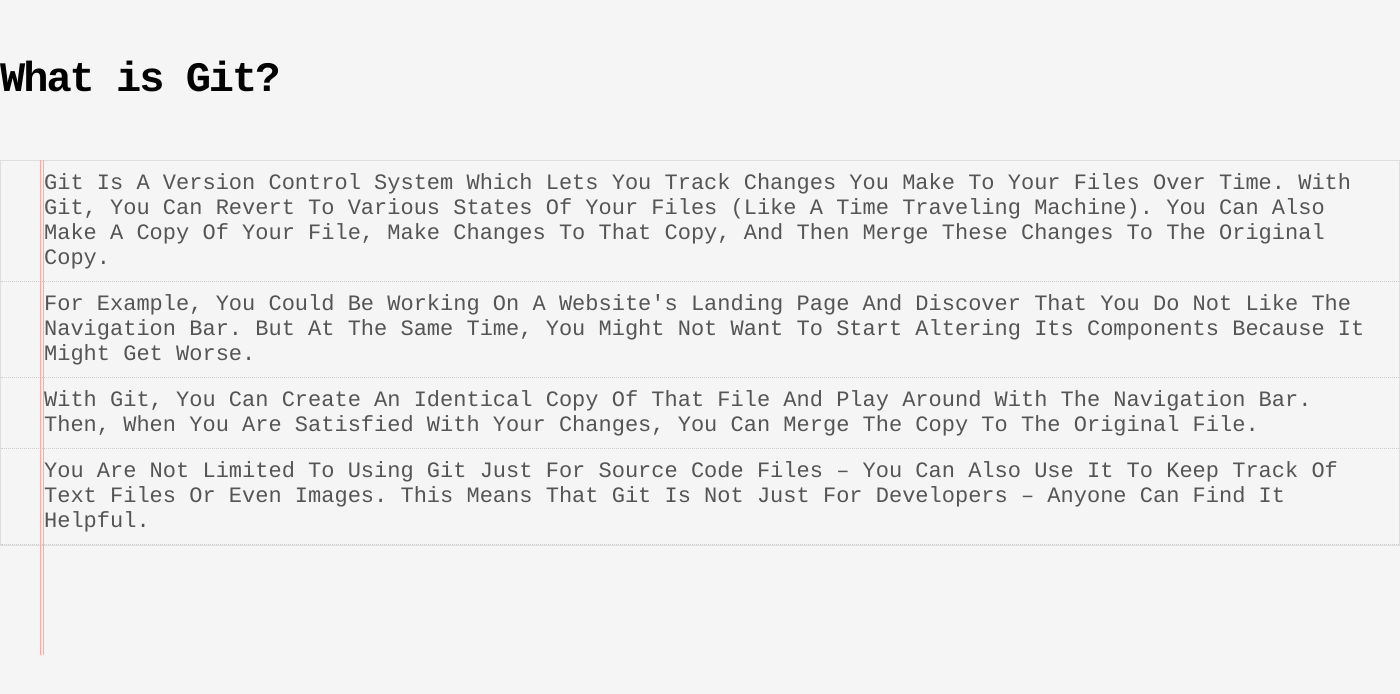
Repository: dev-singh-kanyal/Archive-git_github
Page: src/what is git.html
The author's editor kept a copy of each file at every save. The page is drawn from the files as they stood at one save, then again after a run of saves.
The browser window is 1280 px wide. The page is 1400 px wide, so the pictures cover 1400 px, including what lies to the right of the window. The pictures show the whole page.
Some web fonts or font styles are not loaded; a fallback is used.

Above is the page before, as saved 2022-06-24 16:38:07.

### src/what is git.html
<!DOCTYPE HTML>
<html>

<head>
   <meta charset="UTF-8">
   <title>What is Git</title>
   <link rel="stylesheet" href="/src/style.css">
   <link href="https://fonts.googleapis.com/css2?family=Reenie+Beanie&display=swap" rel="stylesheet">
</head>

<body>

    <h4>What is Git?</h4>

    <div class="lines"></div>

    <ul class="list">
      <li>Git is a version control system which lets you track changes you make to your files over time. With Git, you can revert to various states of your files (like a time traveling machine). You can also make a copy of your file, make changes to that copy, and then merge these changes to the original copy.</li>
      <li>For example, you could be working on a website's landing page and discover that you do not like the navigation bar. But at the same time, you might not want to start altering its components because it might get worse.</li>
      <li>With Git, you can create an identical copy of that file and play around with the navigation bar. Then, when you are satisfied with your changes, you can merge the copy to the original file.</li>
      <li>You are not limited to using Git just for source code files – you can also use it to keep track of text files or even images. This means that Git is not just for developers – anyone can find it helpful.</li>
    </ul>

</body>
</html>

### src/style.css
body {
    background-color: #f5f5f5;
    width: 1400px;
    margin: 0 auto;
    padding: 0;
  }
  h4 {
    color: #000000;
    font-size: 42px;
    letter-spacing: -2px;
    font-family: courier, monospace;
    text-align: left;
  }
  a {
    text-decoration: none;
    color: inherit;
  }
  .list {
    color: #555;
    font-size: 22px;
    /* font-size: 2rem; */
    padding: 0 !important;
    width: auto;
    /* font-family: 'Reenie Beanie'; */
    font-family: courier, monospace;
    border: 1px solid #dedede;

  }
  .list li {
    list-style: none;
    border-bottom: 1px dotted #ccc;
    /* text-indent: 25px; */
    height: auto;
    padding: 10px;
    text-transform: capitalize;
  }
  .list li:hover {
    background-color: #f0f0f0;
    -webkit-transition: all 0.2s;
    -moz-transition:    all 0.2s;
    -ms-transition:     all 0.2s;
    -o-transition:      all 0.2s;
  }
  .lines {
    border-left: 1px solid #ffaa9f;
    border-right: 1px solid #ffaa9f;
    width: 2px;
    float: left;
    height: 495px;
    margin-left: 40px;

  }

After the next 4 saves:
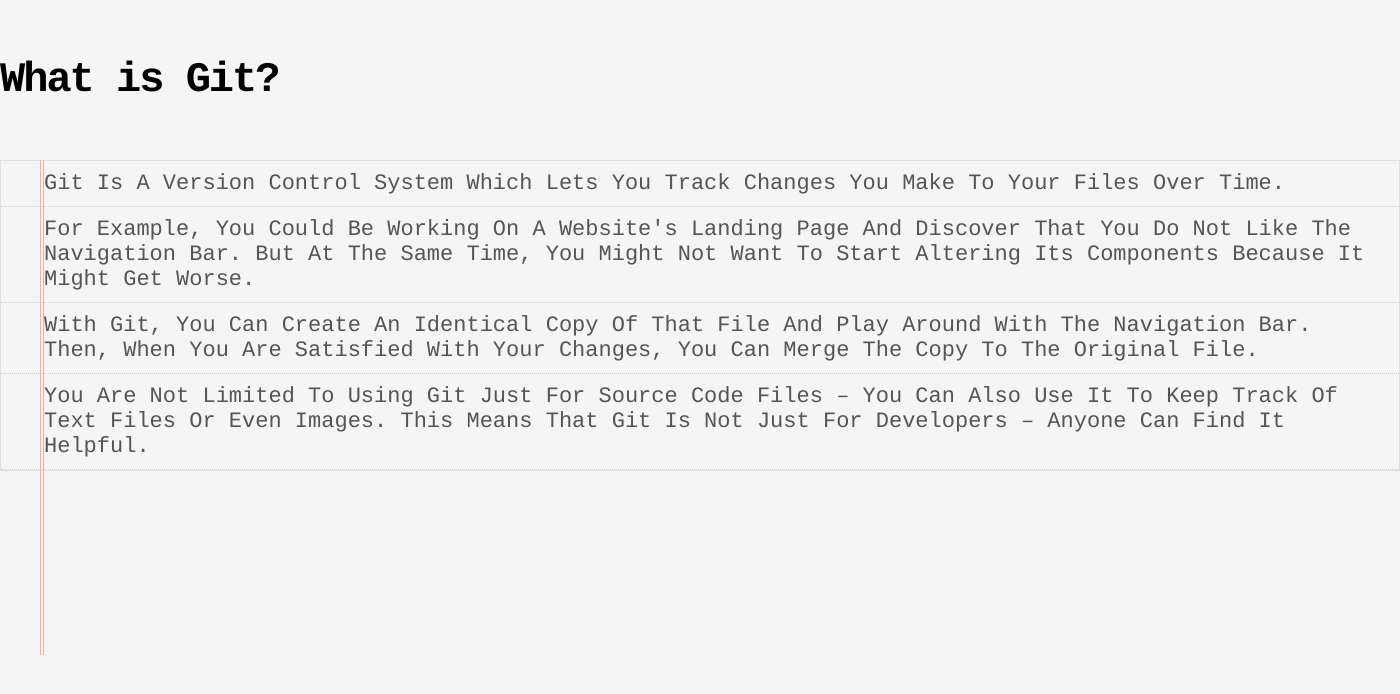
The 4 saves are shown as one change because they came seconds apart.
The last was saved 11 s later.
--- a/src/what is git.html
+++ b/src/what is git.html
@@ -3,7 +3,7 @@
 
 <head>
    <meta charset="UTF-8">
-   <title>What is Git</title>
+   <title>Git</title>
    <link rel="stylesheet" href="/src/style.css">
    <link href="https://fonts.googleapis.com/css2?family=Reenie+Beanie&display=swap" rel="stylesheet">
 </head>
@@ -15,7 +15,7 @@
     <div class="lines"></div>
 
     <ul class="list">
-      <li>Git is a version control system which lets you track changes you make to your files over time. With Git, you can revert to various states of your files (like a time traveling machine). You can also make a copy of your file, make changes to that copy, and then merge these changes to the original copy.</li>
+      <li>Git is a version control system which lets you track changes you make to your files over time.<With Git, you can revert to various states of your files (like a time traveling machine). You can also make a copy of your file, make changes to that copy, and then merge these changes to the original copy.</li>
       <li>For example, you could be working on a website's landing page and discover that you do not like the navigation bar. But at the same time, you might not want to start altering its components because it might get worse.</li>
       <li>With Git, you can create an identical copy of that file and play around with the navigation bar. Then, when you are satisfied with your changes, you can merge the copy to the original file.</li>
       <li>You are not limited to using Git just for source code files – you can also use it to keep track of text files or even images. This means that Git is not just for developers – anyone can find it helpful.</li>

After the 2 saves that followed:
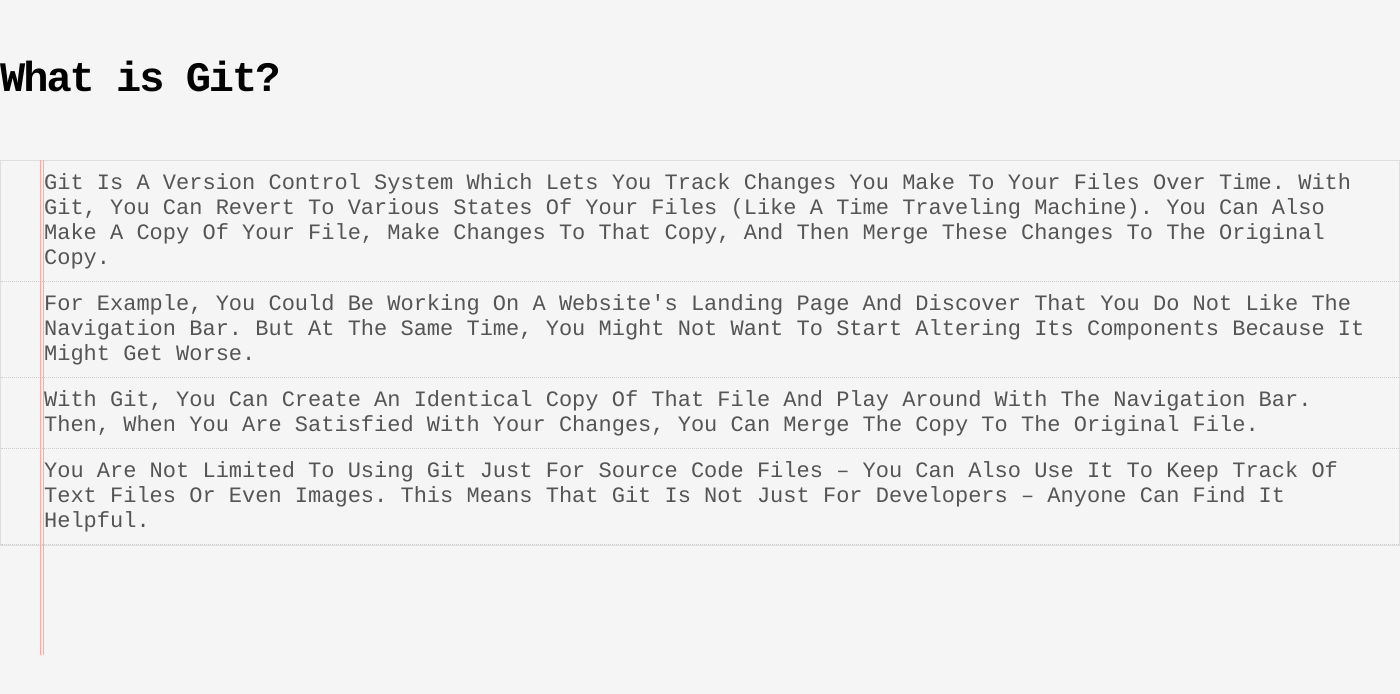
The 2 saves are shown as one change because they came seconds apart.
The last was saved 6 s later.
--- a/src/what is git.html
+++ b/src/what is git.html
@@ -15,7 +15,7 @@
     <div class="lines"></div>
 
     <ul class="list">
-      <li>Git is a version control system which lets you track changes you make to your files over time.<With Git, you can revert to various states of your files (like a time traveling machine). You can also make a copy of your file, make changes to that copy, and then merge these changes to the original copy.</li>
+      <li>Git is a version control system which lets you track changes you make to your files over time. With Git, you can revert to various states of your files (like a time traveling machine). You can also make a copy of your file, make changes to that copy, and then merge these changes to the original copy.</li>
       <li>For example, you could be working on a website's landing page and discover that you do not like the navigation bar. But at the same time, you might not want to start altering its components because it might get worse.</li>
       <li>With Git, you can create an identical copy of that file and play around with the navigation bar. Then, when you are satisfied with your changes, you can merge the copy to the original file.</li>
       <li>You are not limited to using Git just for source code files – you can also use it to keep track of text files or even images. This means that Git is not just for developers – anyone can find it helpful.</li>
